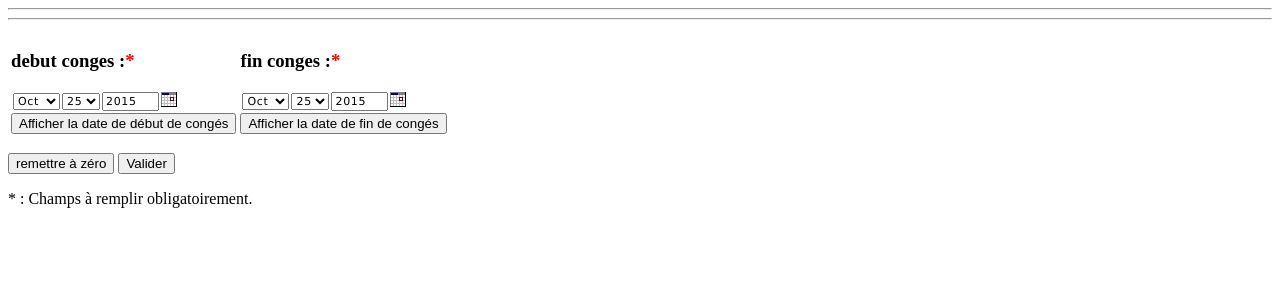
Repository: Iankills/TB-IR331
Page: http://localhost/gestConges_WebGUI/nouveau_conges.jsp
An editor plug-in stored every save of this project. The page is shown before and after the next save, followed by the edit.
The browser window is 1280 px wide. The pictures show the whole page.
The page is served by Tomcat 9.

Above is the page before, as saved 2015-10-29 10:03:49.

After the next save:
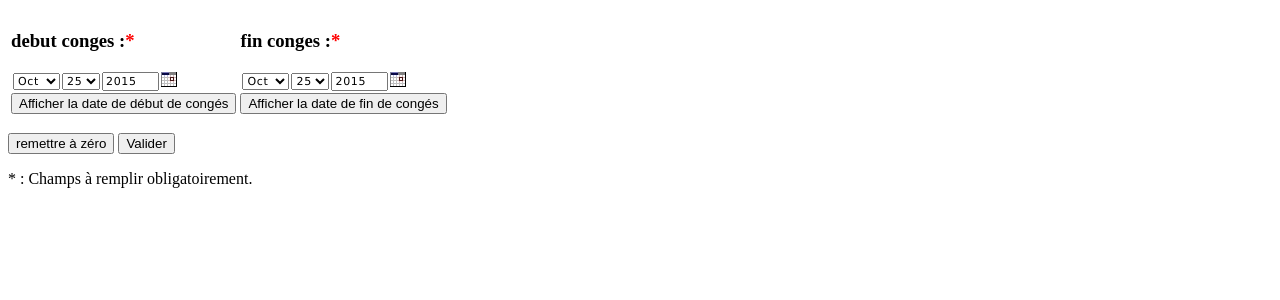
Saved 22 s later.
--- a/workspace-gestconges/gestConges_WebGUI/WebContent/nouveau_conges.jsp
+++ b/workspace-gestconges/gestConges_WebGUI/WebContent/nouveau_conges.jsp
@@ -26,11 +26,12 @@
 				<h3>debut conges :<font color="red">*</font></h3>
 				<script>DateInput('debutconges', true, 'DD/MM/YYYY')</script>
 				<input type="button" onClick="alert(this.form.debutconges.value)" value="Afficher la date de début de congés">
-		</td><hr><td>
+		</td>
+		<td>
 				<h3>fin conges :<font color="red">*</font></h3>
 			    <script>DateInput('finconges', true, 'DD/MM/YYYY')</script>
 				<input type="button" onClick="alert(this.form.finconges.value)" value="Afficher la date de fin de congés">
-		</td><hr>
+		</td>
 		</table>
 		<p><input type="reset" value="remettre à zéro" /> <input type="submit" value="Valider" /></p>
 		<p class="erreur">* : Champs à remplir obligatoirement.</p>
